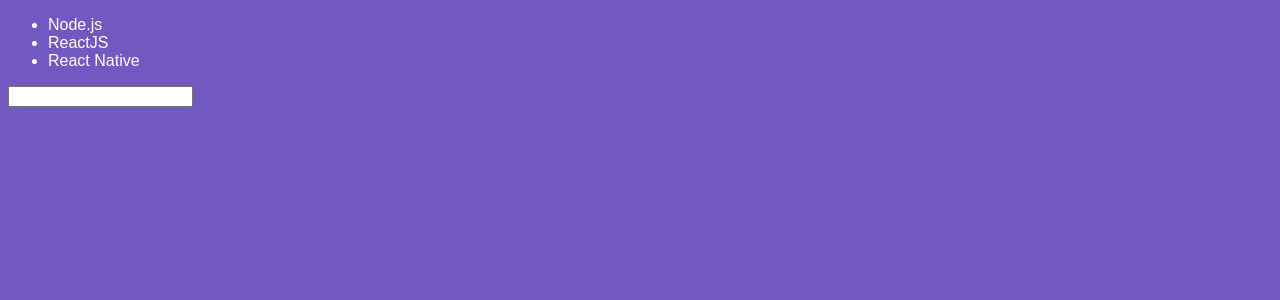
Repository: edsonjuniornarvaes/bootcamp-gostack-9.0-reactjs
Page: /
These files come from the project's save history. The page is drawn as it stood at one moment and after the next save; the edit follows.
The browser window is 1280 px wide. The pictures show the whole page.
The project was rebuilt for these pictures with package versions that can differ from the ones it lists, and the page was loaded fresh each time. Also part of the build but not shown: webpack.config.js.

Above is the page before, as saved 2021-02-19 17:22:32.

### public/index.html
<!DOCTYPE html>
<html lang="en">
<head>
  <meta charset="UTF-8">
  <meta http-equiv="X-UA-Compatible" content="IE=edge">
  <meta name="viewport" content="width=device-width, initial-scale=1.0">
  <title>Document</title>
</head>
<body>
  <div id="app"></div>
  <script src="./bundle.js"></script>
</body>
</html>

### src/App.js
import React from 'react';
import './App.css';

import TechList from './components/TechList';

function App() {
  return <TechList />
};

export default App;

### src/components/TechList.js
import React, { Component } from 'react';

class TechList extends Component {

  state = {
    newTech: '',
    techs: [
      'Node.js',
      'ReactJS',
      'React Native',
    ]
  }

  handleInputChange = e => {
    console.log(e.target.value)
  }

  render() {
    return (
      <>
        <ul>
          {this.state.techs.map(tech => <li key={tech}>{tech}</li>)}
        </ul>
        <input type="text" onChange={this.handleInputChange} ></input>
      </>
    );
  }
}

export default TechList;

Loaded but not shown: src/index.js (common file); src/App.css (common file)

After the next save:
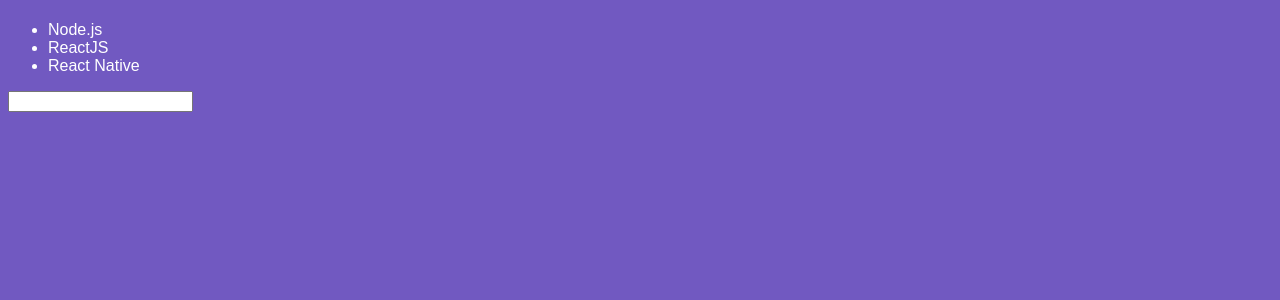
Saved 4 min 51 s later.
--- a/src/components/TechList.js
+++ b/src/components/TechList.js
@@ -12,12 +12,13 @@
   }
 
   handleInputChange = e => {
-    console.log(e.target.value)
+    this.setState({ newTech: e.target.value })
   }
 
   render() {
     return (
       <>
+        <h1>{this.state.newTech}</h1>
         <ul>
           {this.state.techs.map(tech => <li key={tech}>{tech}</li>)}
         </ul>
